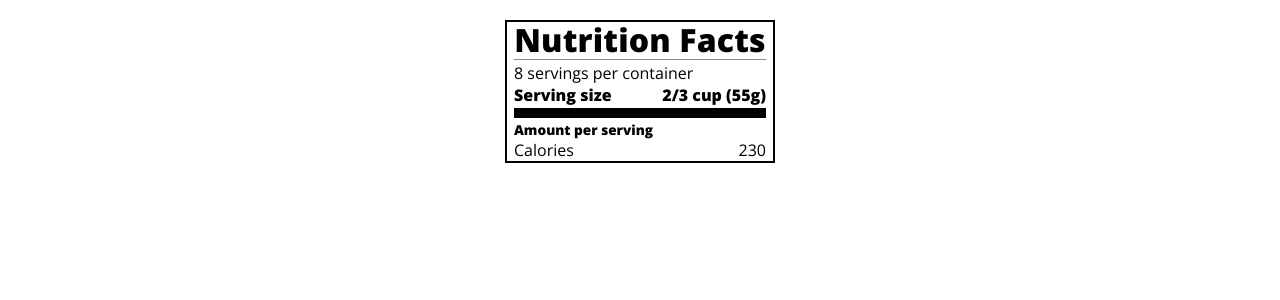
Repository: AimenDje/NutritionLabel
Page: index.html
The author's editor kept a copy of each file at every save. The page is drawn from the files as they stood at one save, then again after the next save.
The browser window is 1280 px wide. The pictures show the whole page.

Above is the page before, as saved 2025-08-30 22:24:50.

### index.html
<!DOCTYPE html>
<html lang="en">

<head>
  <meta charset="UTF-8">
  <title>Nutrition Label</title>
  <link rel="stylesheet" href="https://fonts.googleapis.com/css?family=Open+Sans:400,700,800">
  <link rel="stylesheet" href="styles.css">

</head>

<body>
  <div class="label">
    <header>
      <h1 class="bold">Nutrition Facts</h1>
      <div class="divider"></div>
      <p>8 servings per container</p>
      <p class="bold">Serving size <span>2/3 cup (55g)</span></p>
    </header>
    <div class="divider large"> </div>
     <div class="calories-info">
      <div class="left-container">
        <h2 class="bold small-text">Amount per serving</h2>
        <p> Calories <span> 230 </span></p>
      </div>
    </div>
  </div>
  </div>
</body>
</html>

### styles.css
*{
  box-sizing: border-box;
}

body{
  font-family:"Open Sans", sans-serif;
}

html{
  font-size:16px;
}

.label {
  border: 2px solid black;
  width: 270px;
  margin: 20px auto;
  padding : 0 7px;
}

header h1 {
  text-align: center;
  margin : -4px 0;
  letter-spacing : 0.15px;
}

p{
  margin : 0;
  display:flex;
  justify-content: space-between;
}

.divider{
  border-bottom: 1px solid #888989;
  margin : 2px 0;
}

.bold{
  font-weight: 800;
}

.large{
  height:10px;

}
.large, .medium{
  background-color:black;
  border:0;
}

.small-text{
  font-size: 0.85rem;
}

.calories-info h2{
  margin:0;
}

After the next save:
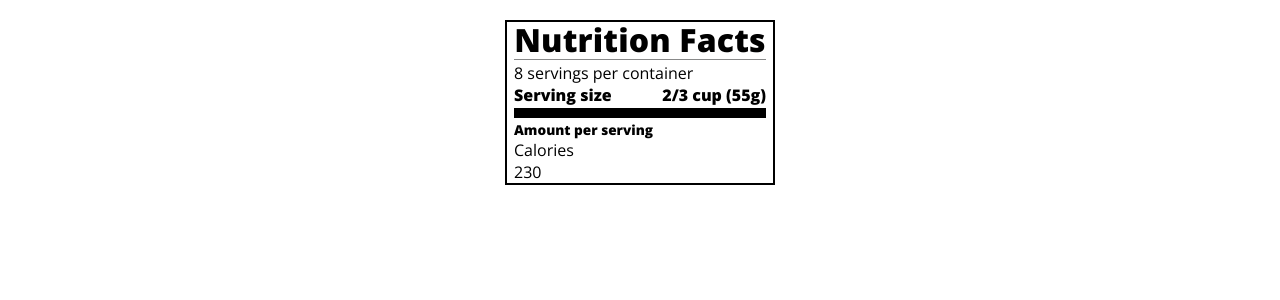
Saved 96 s later.
--- a/index.html
+++ b/index.html
@@ -21,8 +21,9 @@
      <div class="calories-info">
       <div class="left-container">
         <h2 class="bold small-text">Amount per serving</h2>
-        <p> Calories <span> 230 </span></p>
+        <p> Calories</p>
       </div>
+      <span> 230 </span>
     </div>
   </div>
   </div>

After the save that followed:
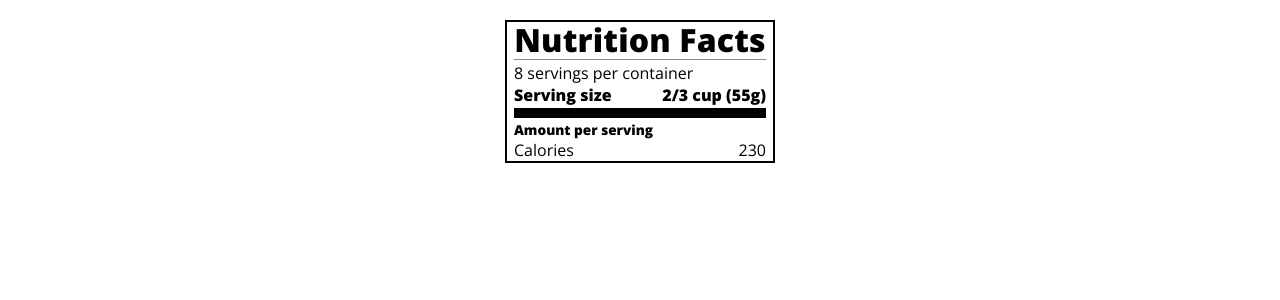
Saved 90 s later.
--- a/styles.css
+++ b/styles.css
@@ -54,3 +54,9 @@ p{
 .calories-info h2{
   margin:0;
 }
+
+.calories-info{
+  display:flex;
+  justify-content:space-between;
+  align-items:flex-end;
+}
